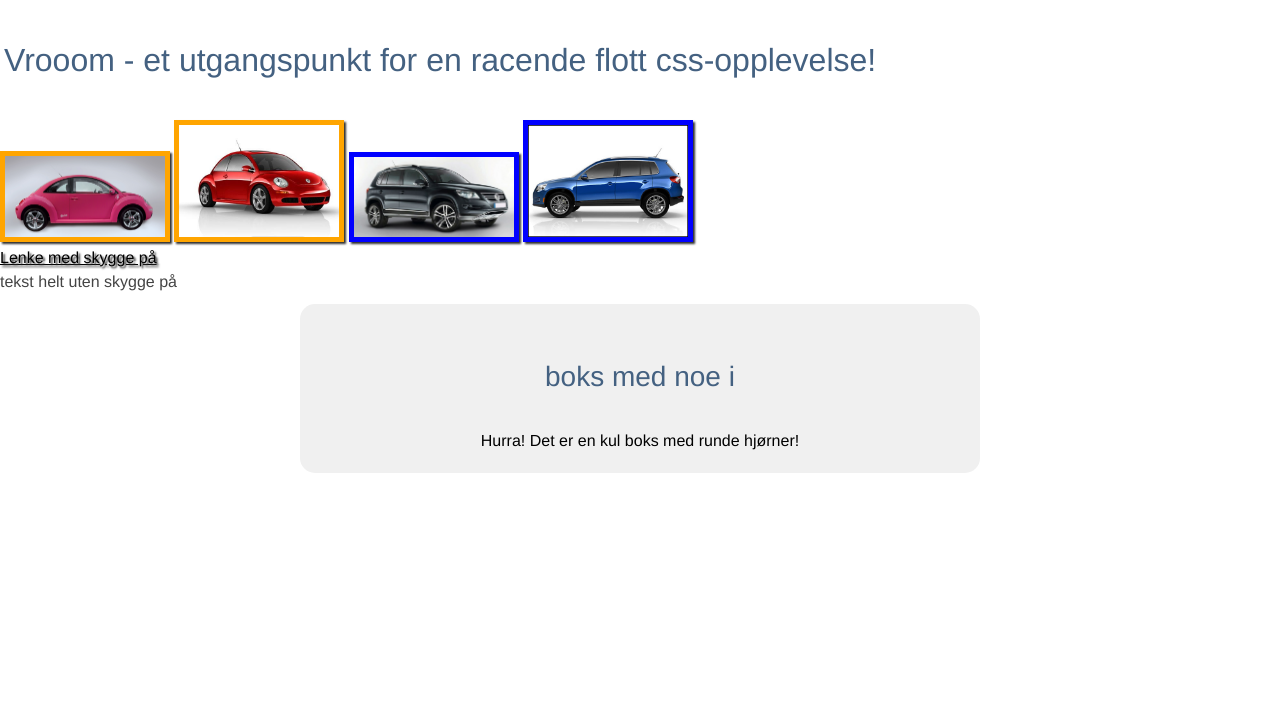
Repository: mesan/css-kurs
Page: kode/wroom/index.html
The author's editor kept a copy of each file at every save. The page is drawn from the files as they stood at one save, then again after the next save.
The browser window is 1280 px wide. The pictures show the whole page.

Above is the page before, as saved 2013-01-21 21:39:13.

### kode/wroom/index.html
<!DOCTYPE html>
<html lang="en">
	<head>
		<meta charset="utf-8" />
		<link rel="stylesheet" type="text/css" href="styles/reset.css"/>
		<link rel="stylesheet" type="text/css" href="styles/examples.css"/>

		<!-- Always force latest IE rendering engine (even in intranet) & Chrome Frame
		Remove this if you use the .htaccess -->
		<meta http-equiv="X-UA-Compatible" content="IE=edge,chrome=1" />

		<title>Vrooom!</title>
		<meta name="description" content="" />
		<meta name="viewport" content="width=device-width; initial-scale=1.0" />

	</head>

	<body>
		<div>
			<header>
				<h1>Vrooom - et utgangspunkt for en racende flott css-opplevelse!</h1>
			</header>

			<div>
				<!--fjernes-->
				<img src="images/volkswagen-beetle-pink.jpg" />
				<img src="images/volkswagen-beetle-red.jpg" />
				<img src="images/volkswagen-tiguan-nero.jpg" />
				<img src="images/volkswagen-tiguan.jpg" />
				<br />
				<p>
					<a href="#">Lenke med skygge på</a>
				</p>
				<p>tekst helt uten skygge på</p>
			</div>

			<div class="container">
				<h2>boks med noe i</h2>
				<p>
					Hurra! Det er en kul boks med runde hjørner!
				</p>
			</div>
			<footer>
				<p>

				</p>
			</footer>
		</div>
	</body>
</html>

### kode/wroom/styles/reset.css
@charset "utf-8";
/* --------------------------------------------------------------
-----------------------------------------------------------------

	DEFINITIONS: HTML5 DOCTOR
	AUTHOR:      HTML5 DOCTOR
	VERSION:     2012-02-20

/*  RESET
-----------------------------------------------------------------------------------------------
===============================================================================================*/
/* http://meyerweb.com/eric/tools/css/reset/ */
html,body,div,span,applet,object,iframe,h1,h2,h3,h4,h5,h6,p,blockquote,pre,a,abbr,acronym,address,big,cite,code,del,dfn,em,img,ins,kbd,q,s,samp,small,strike,strong,sub,sup,tt,var,b,u,i,center,dl,dt,dd,ol,ul,li,fieldset,form,label,legend,table,caption,tbody,tfoot,thead,tr,th,td,article,aside,canvas,details,figcaption,figure,footer,header,hgroup,menu,nav,section,summary,time,mark,audio,video{
  margin:0;
  padding:0;
  border:0;
  outline:0;
  font-size:100%;
  font:inherit;
  vertical-align:baseline;
}
/* HTML5 display-role reset for older browsers */
article,aside,details,figcaption,figure,footer,header,hgroup,menu,nav,section{
  display:block;
}
nav ul{
  list-style:none;
}
table{
  border-collapse:collapse;
  border-spacing:0;
}

### kode/wroom/styles/examples.css

html{
    margin-bottom: 1px;
    min-height: 100%;
}
body {
    background: #FFFFFF;
    color: #444;
    font-family: Helvetica, Arial, sans-serif;
    font-size: 62.5%;
    font-size: 16px;
}

/****************
 * Nesting and grouping
 ****************/

/* Grouping - flere selektorer, samme stil. Litt mindre kode */
h1, h2, h3{
    color: #446181;
    line-height: 2.500em;
    margin: 0.625em 0.125em;
}

h1{ font-size: 2.000em; }
h2{ font-size: 1.750em; }
h3{ font-size: 1.500em; }


p{
    font-size: 1em;
    line-height: 1.5;
}
.container{
    background: #F0F0F0;
    width: 50%;

    margin-left:auto;
    margin-right:auto;

    padding: 1.250em;
    margin-top: 0.625em;
    text-align: center;

    border-radius: 0.938em;
    -moz-border-radius: 0.938em;
    -webkit-border-radius: 0.938em;
}

/* Nesting - spesifisering av stil - selector inni selector */
.container p{
    color:#000000;
}

/***************
 * CSS3-selectors
 ***************/

/*Velger alle img-elementer på siden hvis src-atributt starter med "images"*/
img[src^="images"]{
	border: 5px solid orange;
}

/*Velger alle img-elementer på siden hvis src-atributt inneholder "tiguan"*/
img[src*="tiguan"]{
    border: 5px solid blue;
}

/*Velger alle img-elementer på siden hvis src-atributt slutter på ".jpg" */
img[src$=".jpg"]{
    width: 10em;

    box-shadow: 2px 2px 2px #2F2F2F;
}

/*Velger alle a-elementer på siden hvis href-atributt inneholder  "#" */
/* text-shadow med verdiene i rekkefølgen:
 ** horisontal plassering (kan også være negativ eller 0)
 ** vertikal plassering (kan også være negativ eller 0)
 ** blur (valgfri)
 ** farge */
a[href*="#"]{
    color: black;
    text-shadow: 2px 2px 2px #2F2F2F;
}

After the next save:
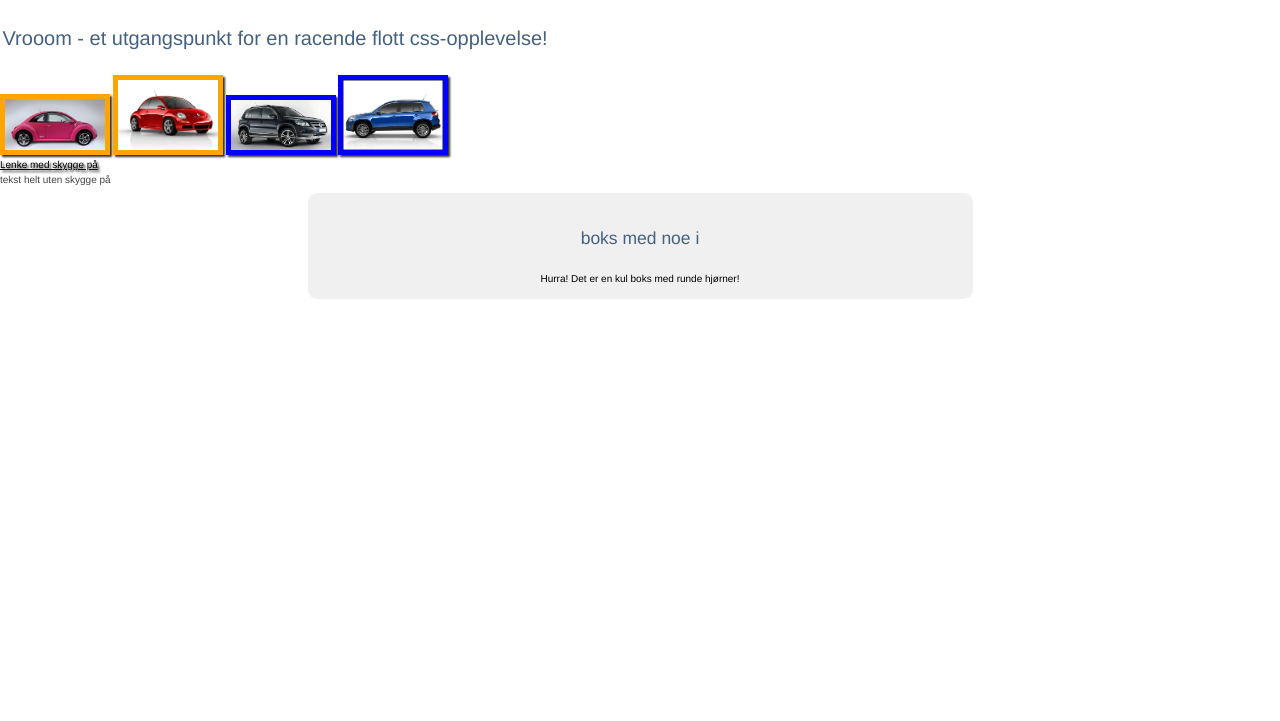
Saved 115 s later.
--- a/kode/wroom/styles/examples.css
+++ b/kode/wroom/styles/examples.css
@@ -8,7 +8,6 @@
     color: #444;
     font-family: Helvetica, Arial, sans-serif;
     font-size: 62.5%;
-    font-size: 16px;
 }
 
 /****************

After the save that followed:
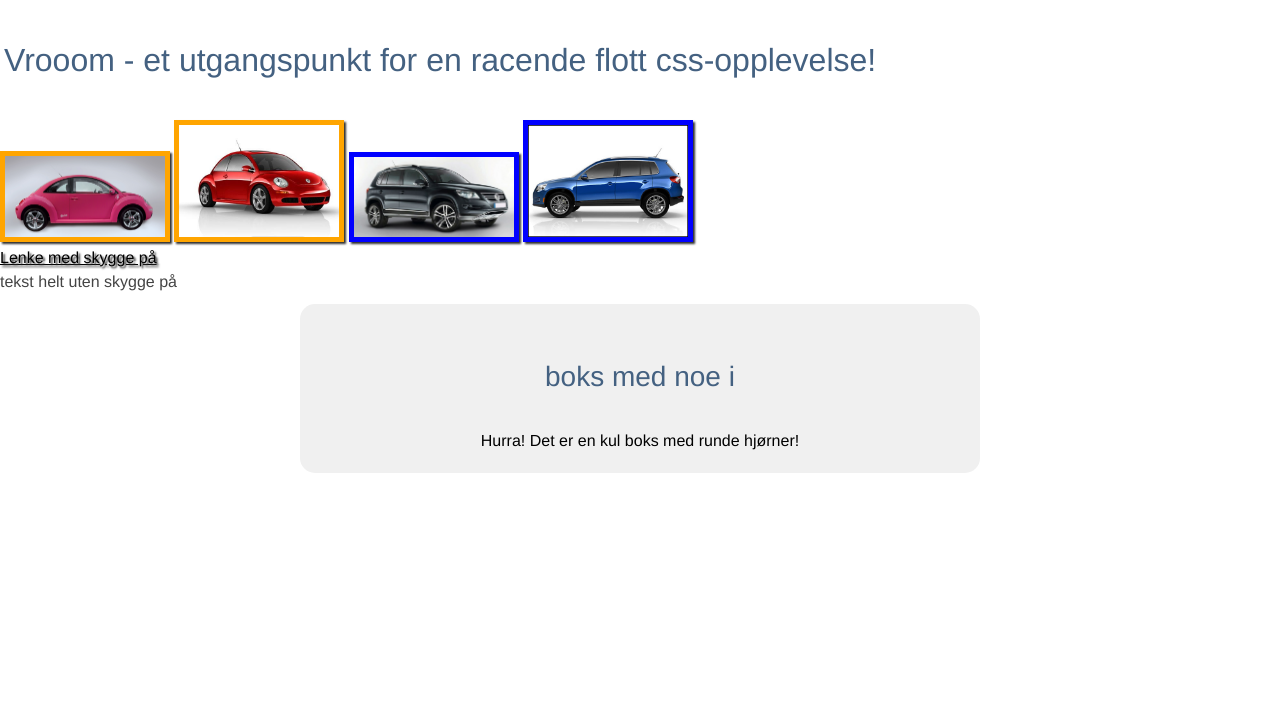
Saved 42 s later.
--- a/kode/wroom/styles/examples.css
+++ b/kode/wroom/styles/examples.css
@@ -7,7 +7,7 @@
     background: #FFFFFF;
     color: #444;
     font-family: Helvetica, Arial, sans-serif;
-    font-size: 62.5%;
+    font-size: 16px;
 }
 
 /****************
